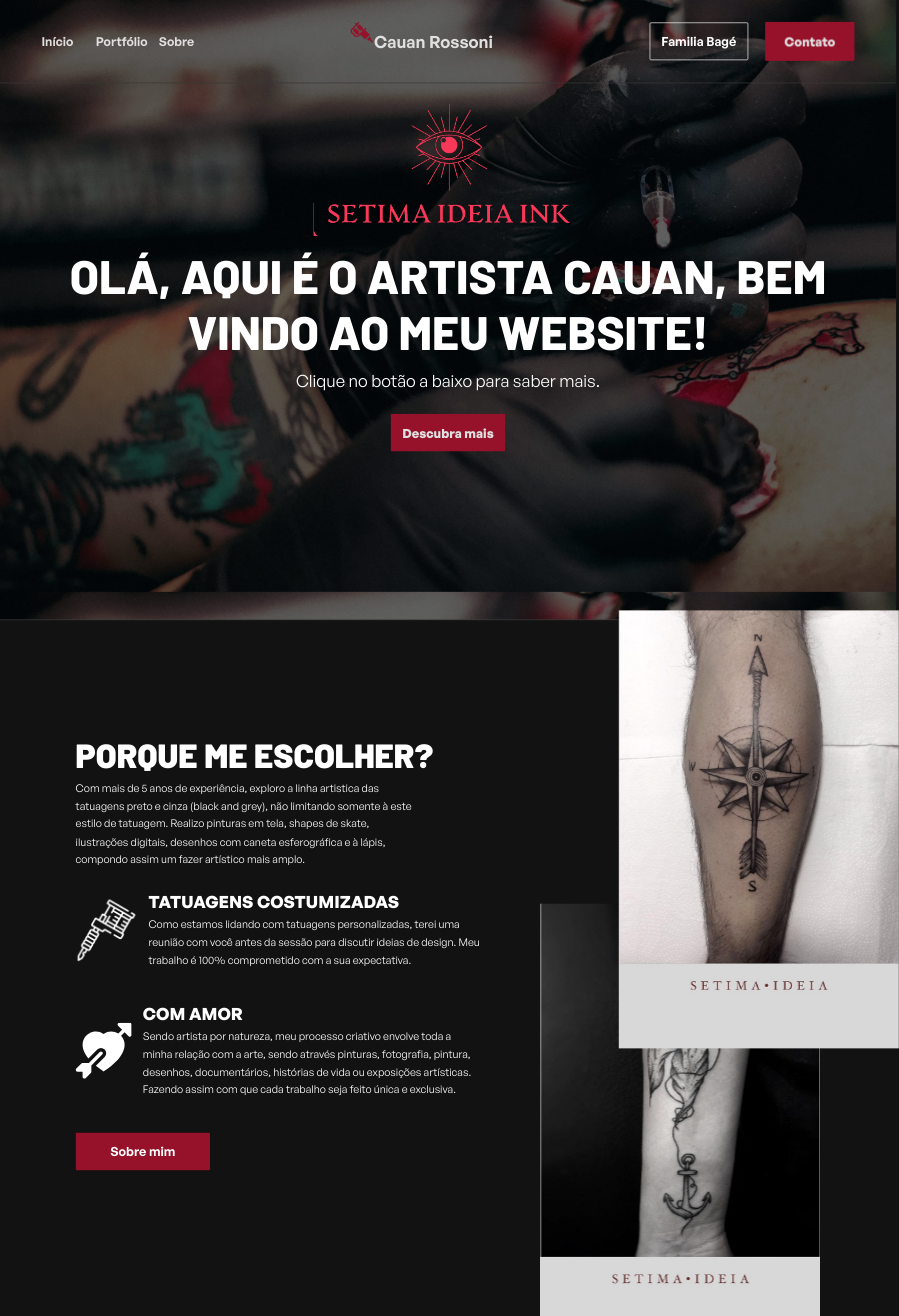
Repository: Leoka2000/S-tima-Ideia
Page: /
An editor plug-in stored every save of this project. The page is shown before and after the next save, followed by the edit.
The browser window is 1280 px wide. The page is 1284 px wide, so the pictures cover 1284 px, including what lies to the right of the window. The pictures show the part of the page from y = 0 to 1880 px (the page is 7122 px tall), at 70% of full size.
Backgrounds fixed to the window are drawn as part of the page. The project was rebuilt for these pictures with package versions that can differ from the ones it lists, and the page was loaded fresh each time. Some packages were replaced by stand-ins written for this rebuild. Also part of the build but not shown: src/pages/main/instagram/instagram.css, src/pages/main/instagram/instagram.jsx, src/App.css, src/pages/portfolio/portfolio.css, src/data/database-common.js, src/pages/portfolio/loop-content.jsx, src/pages/portfolio/portfolio.jsx, src/pages/portfolio/index.jsx and 2 more. Imported but missing from the stored project, and not drawn on this page: src/assets/videos/cauan-video.mp4.

Above is the page before, as saved 2023-05-20 21:42:59.

### public/index.html
<!DOCTYPE html>
<html lang="en">
  <head>
    <meta charset="utf-8" />
    <link rel="icon" href="%PUBLIC_URL%/logo.png" />
    <meta name="viewport" content="width=device-width, initial-scale=1" />
    <meta name="theme-color" content="#000000" />
    <meta
      name="description"
      content="Web site created using create-react-app"
    />
    <link rel="apple-touch-icon" href="%PUBLIC_URL%/logo192.png" />
    <!--
      manifest.json provides metadata used when your web app is installed on a
      user's mobile device or desktop. See https://developers.google.com/web/fundamentals/web-app-manifest/
    -->
    <link rel="manifest" href="%PUBLIC_URL%/manifest.json" />
    <!--
      Notice the use of %PUBLIC_URL% in the tags above.
      It will be replaced with the URL of the `public` folder during the build.
      Only files inside the `public` folder can be referenced from the HTML.

      Unlike "/favicon.ico" or "favicon.ico", "%PUBLIC_URL%/favicon.ico" will
      work correctly both with client-side routing and a non-root public URL.
      Learn how to configure a non-root public URL by running `npm run build`.
    -->
    <title>Setima Idea.ink</title>
  </head>
  <body>
    <noscript>You need to enable JavaScript to run this app.</noscript>
    <div id="root"></div>
    <!--
      This HTML file is a template.
      If you open it directly in the browser, you will see an empty page.

      You can add webfonts, meta tags, or analytics to this file.
      The build step will place the bundled scripts into the <body> tag.

      To begin the development, run `npm start` or `yarn start`.
      To create a production bundle, use `npm run build` or `yarn build`.
    -->
  </body>
</html>

### src/pages/main/index/index.jsx
import React from 'react'
import Hero from '../hero/hero'
import About from '../about/about'
import Carousel from '../carousel/carousel'
import HorizontalParallax2 from '../carousel/carousel2'
import LookPortfolio from '../olhe-portfolio'
import Video from '../video/video'
import Instagram from '../instagram/instagram'
import Form from '../contact/form'
import Contact from '../contact'
import Sobre from '../../sobre/about/about'

const index = () => {
  return (
    <>
      <Hero/>
      <About/>
      <Carousel/>
      <HorizontalParallax2/>
      <LookPortfolio/>
      <Video/>
      <Sobre/>
      {/* <Instagram/> */}
      <Contact/>
    </>
  )
}

export default index

### src/pages/sobre/about/about.jsx
import React from 'react'
import "./about.css"
import { BsFacebook } from 'react-icons/bs'
import { BsInstagram } from 'react-icons/bs'
import { AiOutlineMail } from 'react-icons/ai'
import cauan from '../../../assets/images/cauan.jpg'
import {Link} from 'react-scroll'

const Sobre = () => {
  return (
    <section id='about' className='sobre-section'>
      <main>
        <div className='sobre-left'>
          <h2>Tatuador na equipe Família Bagé.</h2>
          <h1>Cauan Rossoni Feversani</h1>
          <p>Magna nisl egestas amet netus lectus malesuada diam et ullamcorper et in urna maecenas praesent ut vitae tempus sollicitudin pharetra ipsum molestie urna scelerisque.</p>
          <div className='sobre-icons-wrapper'>
            <a target='_blank' href='https://www.instagram.com/setimaideia.ink'>
              <BsInstagram />
            </a>
            <a href='mailto:contato.cauanrf@gmail.com'>
              <AiOutlineMail />
            </a>
          </div>
          <div className='sobre-button-wrapper'>
          <Link style={{ textDecoration: 'none' }} spy={true} smooth={true} offset={100} duration={500} to='form' ><button className='solid'>Contato</button></Link>
            <a target='_blank' href='https://www.instagram.com/setimaideia.ink'><button className='transparent'>Veja o portfólio</button></a>
          </div>
        </div>
        <div className='sobre-right'>
          <img alt='cauan' src={cauan}/>
        </div>
      </main>
    </section>
  )
}

export default Sobre

### src/components/footer/footer.jsx
import { useEffect } from 'react'
import './footer.css'
import { BsFacebook } from 'react-icons/bs'
import { BsInstagram } from 'react-icons/bs'
import { AiOutlineMail } from 'react-icons/ai'
import machine from '../../assets/icons/tattoo-machine.png'
import bage from '../../assets/brand/bage.jpg'
import { useLocation } from 'react-router-dom'
import { Link } from 'react-scroll'

const Footer = () => {

    const location = useLocation();

    useEffect(() => {
        window.scrollTo(0, 0);
    }, [location.pathname]);


    return (
        <footer>
            <main>
                <div className='footer-left'>
                    <div className='footer-cauan'>
                        <img src={machine} />
                        <p>Cauan Rossoni</p>
                    </div>

                    <div className='footer-icons-wrapper'>
                        <a target='_blank' href='https://www.instagram.com/setimaideia.ink/'>< BsInstagram /></a>
                        <a target='_blank' href='mailto:contato.cauanrf@gmail.com'><AiOutlineMail /></a>
                    </div>
                </div>
                <div className='footer-middle'>
                    <h1>Páginas</h1>
                    <Link style={{ textDecoration: 'none' }} spy={true} smooth={true} offset={100} duration={500} to='inicio' >Início</Link>
                    <Link style={{ textDecoration: 'none' }} spy={true} smooth={true} offset={100} duration={500} to='portfolio' >Portfolio</Link>
                    <Link style={{ textDecoration: 'none' }} spy={true} smooth={true} offset={100} duration={500} to='about' >Sobre</Link>
                </div>
                <div className='footer-right'><a target='_blank' href='https://www.instagram.com/_familiabagetattoo_/'><img src={bage} /></a></div>
            </main>
            <div className='leo-tag'>
                <p>Desenvolvido por <a style={{textDecoration: 'none', borderBottom:'none'}} href='https://www.linkedin.com/in/leoreus/'>Leo Reus Oliveira</a></p>

            </div>
        </footer>
    )
}

export default Footer

### src/pages/main/hero/hero.jsx
import React from 'react';
import { motion } from 'framer-motion';
import './hero.css';
import logo from '../../../assets/brand/logo.png';
import { Link } from 'react-scroll';

const Hero = () => {
  const text = "Olá, aqui é o artista Cauan, bem vindo ao meu website!";

  const parentVariants = {
    animate: {
      transition: {
        staggerChildren: 0.05,
      },
    },
  };

  const childVariants = {
    initial: {
      y: 20,
      opacity: 0,
    },
    animate: {
      y: 0,
      opacity: 1,
    },
  };

  return (
    <section id='inicio' className="hero-section">
      <div className="hero-wrapper">
        <img src={logo} alt="logo" />
        <motion.h1 variants={parentVariants} initial="initial" animate="animate">
          {text.split("").map((letter, index) => (
            <motion.span key={index} variants={childVariants}>{letter}</motion.span>
          ))}
        </motion.h1>
        <h2>Clique no botão a baixo para saber mais.</h2>
        <div>
          <Link to='about' className="colored-hero" style={{textDecoration: 'none'}} spy={true} smooth={true} offset={100} duration={500}>Descubra mais</Link>
        </div>
      </div>
    </section>
  );
};

export default Hero;

### src/pages/main/carousel/carousel.jsx
import C1 from '../../../assets/carousel/c1.jpg'
import C2 from '../../../assets/carousel/c2.jpg'
import C3 from '../../../assets/carousel/c3.jpg'
import C4 from '../../../assets/carousel/c4.jpg'
import C5 from '../../../assets/carousel/c5.jpg'
import C6 from '../../../assets/carousel/c6.jpg'
import C7 from '../../../assets/carousel/c7.jpg'
import C8 from '../../../assets/carousel/c8.jpg'
import C9 from '../../../assets/carousel/c9.jpg'
import C10 from '../../../assets/carousel/c10.jpg'

import { motion, useTransform, useScroll, circOut } from "framer-motion";
import React from "react";
import './carousel.css'

const images = [
  C1,
  C5,
  C4,
  C7,
  C2,
  C6,
  C8,
  C9,
  C10,
];

const HorizontalParallax = () => {
  const { scrollYProgress } = useScroll();
  const x = useTransform(scrollYProgress,
     [0, 1],
      [0, -2000],
      { clamp: false, velocity: 0.1, ease: circOut });

  return (
    <div className="horizontal-parallax">
      <motion.div
        className="images-container"
        style={{ x }}
      >
        {images.map((image, index) => (
          <div key={index} className="image">
            <img src={image} alt={`Image ${index}`} />
          </div>
        ))}
      </motion.div>
    </div>
  );
};

export default HorizontalParallax;

### src/pages/main/carousel/carousel2.jsx
import { motion, useTransform, useScroll, circOut } from "framer-motion";
import React from "react";
import './carousel.css'
import C1 from '../../../assets/carousel/c10.jpg'
import C2 from '../../../assets/carousel/c9.jpg'
import C3 from '../../../assets/carousel/c8.jpg'
import C4 from '../../../assets/carousel/c7.jpg'
import C5 from '../../../assets/carousel/c6.jpg'
import C6 from '../../../assets/carousel/c5.jpg'
import C7 from '../../../assets/carousel/c4.jpg'
import C8 from '../../../assets/carousel/c3.jpg'
import C9 from '../../../assets/carousel/c2.jpg'
import C10 from '../../../assets/carousel/c1.jpg'

const images = [
  C2,
  C3,
  C4,
  C1,
  C5,
  C6,
  C7,
  C8,
  C9,
  C10,
];

const HorizontalParallax2 = () => {
  const { scrollYProgress } = useScroll();
  const x = useTransform(scrollYProgress, [1, 0], [0, -2000], {ease: circOut });

  return (
    <div className="horizontal-parallax">
      <motion.div
        className="images-container"
        style={{ x }}
      >
        {images.map((image, index) => (
          <div key={index} className="image">
            <img src={image} alt={`Image ${index}`} />
          </div>
        ))}
      </motion.div>
    </div>
  );
};

export default HorizontalParallax2;

### src/pages/main/olhe-portfolio/index.jsx
import React from 'react'
import './index.css'
import img from '../../../assets/images/lookportfolio-img.png'
import silhouete from '../../../assets/icons/about-tattoo-machine.png'
import clown from '../../../assets/icons/rose.png'
import { useInView } from 'react-intersection-observer';
import { motion } from 'framer-motion'
import { Link } from 'react-router-dom'

const LookPortfolio = () => {

  const [ref1, inView1] = useInView({
    threshold: 0.3,
    triggerOnce: true,
    delay: 0.7
  });

  const [ref2, inView2] = useInView({
    threshold: 0.3,
    triggerOnce: true,
    delay: 0.9
  });

  return (
    <section id='portfolio' className='look-portfolio-section'>
      <img className='silhouete' src={silhouete} />
      <img className='clown' src={clown} />
      <motion.div
        ref={ref1}
        initial={{ opacity: 0 }}
        animate={inView1 ? { opacity: 1 } : { opacity: 0 }}
        transition={{ duration: 1 }}
        className='look-portfolio-left'>
        <img src={img} />
      </motion.div>
      <motion.div
        ref={ref2}
        initial={{ opacity: 0 }}
        animate={inView2 ? { opacity: 1 } : { opacity: 0 }}
        transition={{ duration: 1 }}
        className='look-portfolio-right'>
        <h1>Confira o meu portfólio!</h1>
        <p>Clique no link a baixo para acessar o meu portfólio no Instagram. Lá, você pode encontrar uma exposição dos meus trabalhos atualizados.</p>
        <a
         style={{textDecoration:'none'}} to='/portfolio'>Saiba mais</a>
      </motion.div>

    </section>
  )
}

export default LookPortfolio

### src/pages/main/video/video.jsx
import React, { useState } from 'react';
import './video.css';
import cauan from '../../../assets/videos/cauan-video.mp4'
import thumb from '../../../assets/images/Thumbnail.jpg'
import { FaPlay, FaTimes } from "react-icons/fa";

function Video() {
    const [showVideo, setShowVideo] = useState(false);

    function handlePlayClick() {
        setShowVideo(true);
        document.body.style.overflow = 'hidden';
    }

    function handleCloseClick() {
        setShowVideo(false);
        document.body.style.overflow = 'visible';
    }

    return (
        <section className="video-thumbnail">
            <div className='overlay-effect'>
                <div
                    className="thumbnail-image"

                >
                    <button
                        className="play-button"
                        onClick={handlePlayClick}
                    >
                        <FaPlay className="play-icon" />
                    </button>
                </div>
                {showVideo && (
                    <div className="video-overlay">
                        <button className="close-button" onClick={handleCloseClick}>
                            <FaTimes className="close-icon" />
                        </button>
                        <div className="video-wrapper">
                            <video src={cauan} controls autoPlay />
                        </div>
                    </div>
                )}
            </div>
        </section>
    );
}

export default Video

### src/pages/main/contact/index.jsx
import React from 'react'
import Form from './form'
import './form.css'
import { useInView } from 'react-intersection-observer';
import { motion } from 'framer-motion'
import { AiFillMessage } from 'react-icons/ai'
import { AiOutlineFieldTime } from 'react-icons/ai'
import { BsCashStack } from 'react-icons/bs'
import { MdFastfood} from 'react-icons/md'
import {BsCapsulePill} from 'react-icons/bs'

const Index = () => {

  const [ref1, inView1] = useInView({
    threshold: 0.7,
    triggerOnce: true,
    delay: 0.9
  });

  return (
    <section className='form-section-parent'>

      <motion.header
        ref={ref1}
        initial={{ opacity: 0 }}
        animate={inView1 ? { opacity: 1 } : { opacity: 0 }}
        transition={{ duration: 1 }}
        className='form-header'>
        <h1>INFORMAÇÕES IMPORTANTES!</h1>
        <p>Este site tem a intenção de fazer com que você me conheça melhor. Se você deseja marcar uma tatuagem comigo, leia as informações abaixos.</p>
        <div className='row-wrapper'>
          <div>
            <span><AiFillMessage /></span>
            <p>Envie-me uma mensagem no Instagram e uma foto de referência ou mencione a ID de um dos meus trabalhos presentes na seção de portfólio deste site.</p>
          </div>
          <div>
            <span><BsCashStack /></span>
            <p>Para agendar uma tatuagem comigo, você precisará pagar um depósito, e esse valor será destinado para o custo total do trabalho.</p>
          </div>
          <div>
            <span><AiOutlineFieldTime /></span>
            <p>Exijo 48 horas de antecedência para reagendar ou cancelar um agendamento. Se você não conseguir fazer isso, precisará marcar outro agendamento e pagar um depósito extra.</p>
          </div>
          <div>
            <span><MdFastfood /></span>
            <p>Certifique-se de comer, se hidratar e descansar antes de realizer sua tatuagem.</p>
          </div>
          <div>
            <span><BsCapsulePill/></span>
            <p>Não venha de ressaca ou sob o efeito de drogas.</p>
          </div>

        </div>

      </motion.header>
      <Form />
    </section >
  )
}

export default Index

### src/components/footer/footer.css

footer {
    padding: 3rem 0 3rem 0;
    display: flex;
    flex-direction: column;
    border-top: 1px solid #393939;
}
footer > main {
    display: flex;
    justify-content: center;
    gap: 19rem;
}
.footer-cauan {
    display: flex;
    align-items: center;
    font-size: 1.5rem;
    gap: 1rem;
    font-weight: 500;
}
.footer-cauan > p {
    color: rgb(224, 224, 224);
}
.footer-cauan > img {
    width: 2rem;
transform: rotateY(180deg);
display: block;
margin-block-start: -1.2rem;
margin-inline-end: -1rem;
margin-bottom: 0.6rem;
}
.footer-right > a > img {
    width: 16rem;
    border-radius: 4px;
    border: 1px solid #393939;
}
.footer-icons-wrapper {
    display: flex;
    gap: 0.8rem;
    margin-top: 2rem;
    color: rgb(224, 224, 224);;
}
.footer-icons-wrapper > a {
    display: -webkit-box;
display: -webkit-flex;
display: -ms-flexbox;
display: flex;
width: 36px;
height: 36px;
min-height: 36px;
min-width: 36px;
-webkit-box-pack: center;
-webkit-justify-content: center;
-ms-flex-pack: center;
justify-content: center;
-webkit-box-align: center;
-webkit-align-items: center;
-ms-flex-align: center;
align-items: center;
border-style: solid;
border-width: 1px;
border-color: #fff;
color: #fff;
background-color: transparent;
-webkit-transition: border-color 300ms ease, background-color 300ms ease, color 300ms ease, -webkit-transform 300ms ease;
transition: border-color 300ms ease, background-color 300ms ease, color 300ms ease, -webkit-transform 300ms ease;
transition: border-color 300ms ease, transform 300ms ease, background-color 300ms ease, color 300ms ease;
transition: border-color 300ms ease, transform 300ms ease, background-color 300ms ease, color 300ms ease, -webkit-transform 300ms ease;

text-decoration: none;
cursor: pointer;
}
.footer-icons-wrapper > a:hover {
    border-color: #96122a;
background-color: #96122a;
-webkit-transform: translate(0px, -3px);
-ms-transform: translate(0px, -3px);
transform: translate(0px, -3px);
color: #fff;

}
.footer-middle {
    display: flex;
    flex-direction: column;
     text-align: center;
     color: rgb(224, 224, 224);;
}
.footer-middle > h1 {
    font-weight: 700;
    font-size: 1.5rem;
    margin-bottom: 1rem;

}
.footer-middle > a {
    color: rgb(224, 224, 224);
    transition: 0.1s;
    cursor: pointer;
}
.footer-middle > a:hover {
    color: #96122a;
}
.leo-tag {
    display: flex;
    justify-content: center;
    margin-top: 0.5rem;
}
.leo-tag > p > a {
border-bottom: 1px #96122a solid ;
}
@media (max-width: 880px) {
    .footer-icons-wrapper {
        justify-content: center;
    }

    .footer-left > p {
        text-align: center;
    }
 footer {
        flex-direction: column;
        gap: 2rem;
    }
}

### src/pages/main/carousel/carousel.css
.horizontal-parallax {
  position: relative;
  width: 100%;
  height: 400px;
  overflow-x: hidden;
}

.images-container {
  position: absolute;
  top: 0;
  left: 0;
  height: 100%;
  white-space: nowrap;
}

.image {
  display: inline-block;
  width: 400px;
  height: 350px;
  margin-right: 20px;
  overflow: hidden;
}

.image img {
  width: 100%;
  height: 100%;
  object-fit: cover;
}

@media screen and (max-width: 650px) {
  .image {
    display: inline-block;
    width: 210px;
    height: 245px;
    margin-right: 20px;
    overflow: hidden;
  }
  .horizontal-parallax {
    position: relative;
    width: 100%;
    height: 350px;
    overflow-x: hidden;
  }

}

### src/pages/main/video/video.css
.video-thumbnail {
    position: relative;
    width: 100%;
    height: 15rem;
    padding-bottom: 56.25%;
    background-color: rgba(0, 0, 0, 0.2);
    z-index: 3;

  }
  .overlay-effect {
    position: absolute;

left: 0%;
top: 0%;
right: 0%;
bottom: 0%;
z-index: 2;
display: -webkit-box;
display: -webkit-flex;
display: -ms-flexbox;
display: flex;
width: 100%;
height: 100%;
-webkit-box-pack: center;
-webkit-justify-content: center;
-ms-flex-pack: center;
justify-content: center;
-webkit-box-align: center;
-webkit-align-items: center;
-ms-flex-align: center;
align-items: center;
border-top: 1px solid #393939;
border-bottom: 1px solid #393939;
background-color: rgba(0, 0, 0, 0.7);
  }

  .thumbnail-image {
    position: absolute;
    top: 0;
    left: 0;
    height: 100%;
    width: 100%;
    z-index: -1;

    background-image: linear-gradient( 115deg, rgba(34, 34, 34, 0.8), rgba(44, 21, 21, 0.8) ), url('../../../assets/images/Thumbnail.jpg');
    background-size: cover;
    background-repeat: no-repeat;
    background-position: center;
    display: flex;
    justify-content: center;
    align-items: center;
  }



  .play-button {
    display: flex;
    justify-content: center;
    align-items: center;
    width: 80px;
    height: 80px;
    border: none;
    border-radius: 50%;
    background-color: rgba(0, 0, 0, 0.6);
    cursor: pointer;
    transition: 0.3s;
  }

  .play-icon {
    color: white;
    font-size: 30px;

  }
  .play-button:hover {
transform: scale(1.1);
  }

  .video-overlay {
    position: fixed;
    top: 0;
    left: 0;
    width: 100%;
    height: 100%;
    z-index: 1;
    display: flex;
    justify-content: center;
    align-items: center;
    background-color: rgba(0, 0, 0, 0.8);
  }

  .close-button {
    position: absolute;
    top: 8.5rem;
    right: 2rem;
    display: flex;
    justify-content: center;
    align-items: center;
    width: 30px;
    height: 30px;
    background-color: rgba(0, 0, 0, 0.6);
    border: none;
    cursor: pointer;
  }

  .close-icon {
    color: white;
    font-size: 20px;
  }

  .video-wrapper {

    overflow: hidden;
  }

  video {
    width: 45rem;
    height: 1000rem;
    object-fit: contain;

  }

  @media screen and (max-width: 650px) {
    video {
      width: 45rem;
      height: 1000rem;
      object-fit: contain;

    }


  .video-thumbnail {
    position: relative;
    width: 100%;
    height: 25rem;
    padding-bottom: 56.25%;
    background-color: rgba(0, 0, 0, 0.2);
    z-index: 3;

  }
      }

Loaded but not shown: src/index.js (36 lines, source omitted); src/routes.js (29 lines, source omitted); src/pages/main/contact/form.css (328 lines, source omitted); src/pages/sobre/about/about.css (260 lines, source omitted); src/components/navbar/navbar.css (277 lines, source omitted); src/pages/main/about/about.css (257 lines, source omitted); src/pages/main/contact/form.jsx (95 lines, source omitted); src/pages/main/hero/hero.css (175 lines, source omitted); src/index.css (112 lines, source omitted); src/pages/main/olhe-portfolio/index.css (156 lines, source omitted); src/pages/main/about/about.jsx (76 lines, source omitted); src/components/navbar/navbar.jsx (80 lines, source omitted)

After the next save:
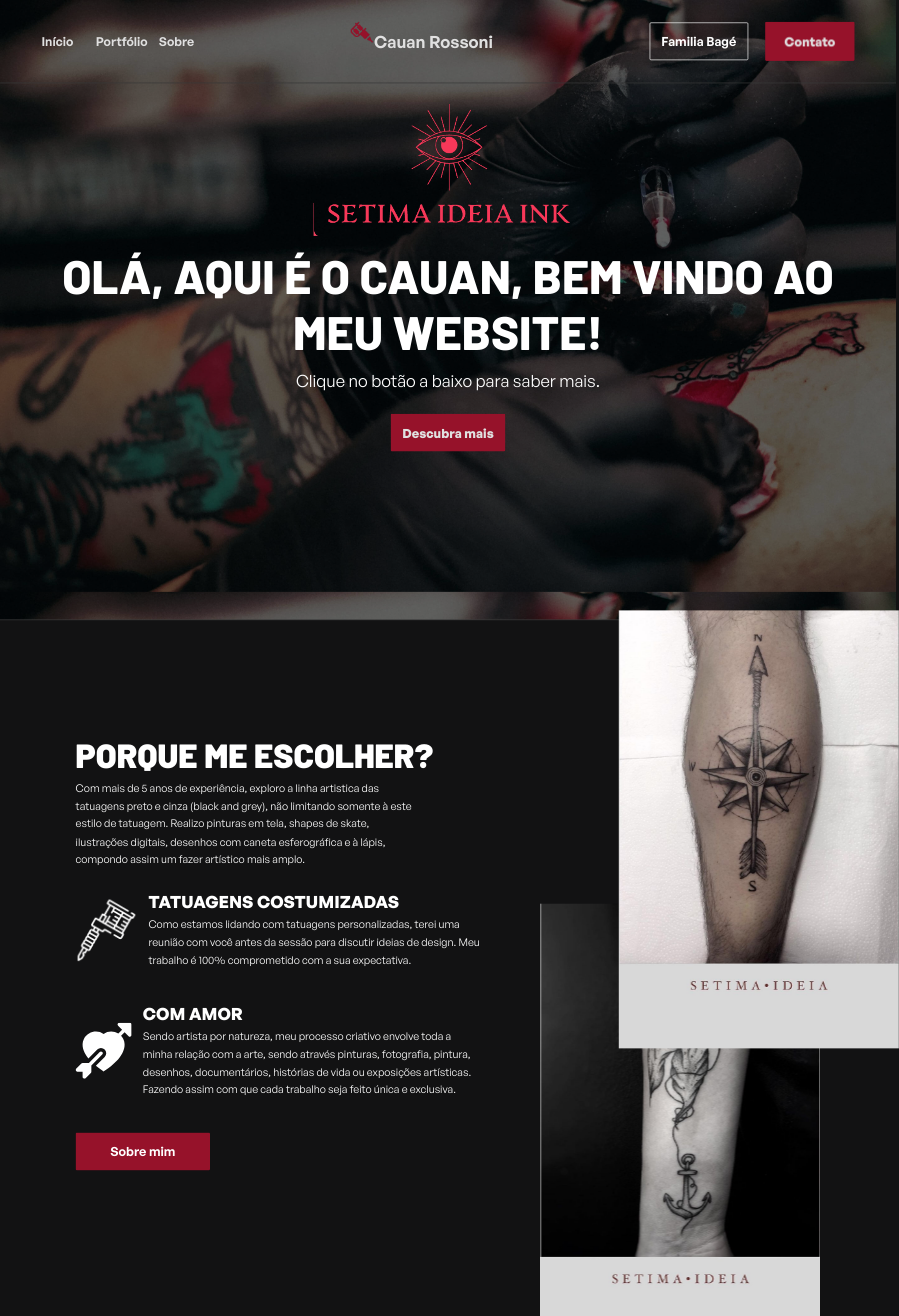
Saved 39 min 34 s later.
--- a/src/pages/main/hero/hero.jsx
+++ b/src/pages/main/hero/hero.jsx
@@ -5,7 +5,7 @@ import logo from '../../../assets/brand/logo.png';
 import { Link } from 'react-scroll';
 
 const Hero = () => {
-  const text = "Olá, aqui é o artista Cauan, bem vindo ao meu website!";
+  const text = "Olá, aqui é o Cauan, bem vindo ao meu website!";
 
   const parentVariants = {
     animate: {
